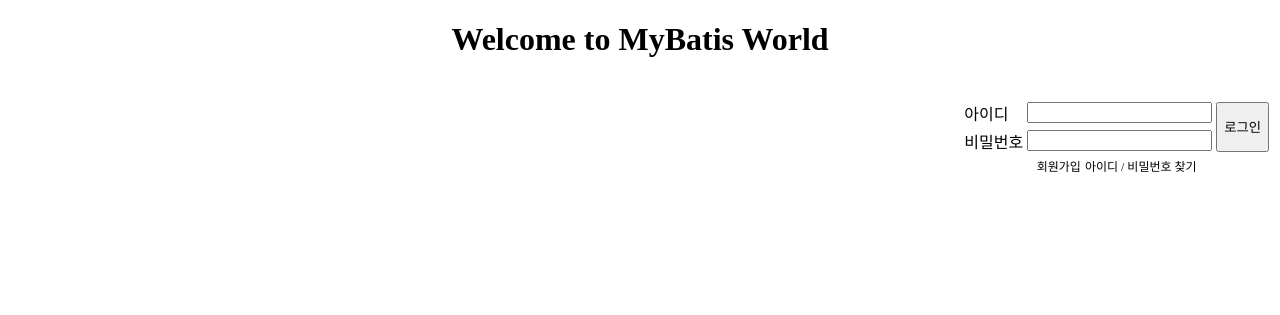
Repository: kimalbab/07_mybatis
Page: http://localhost/mybatisProject/
An editor plug-in stored every save of this project. The page is shown before and after the next save, followed by the edit.
The browser window is 1280 px wide. The pictures show the whole page.
The page is served by Tomcat 9.

Above is the page before, as saved 2022-08-12 06:03:36.

After the next save:
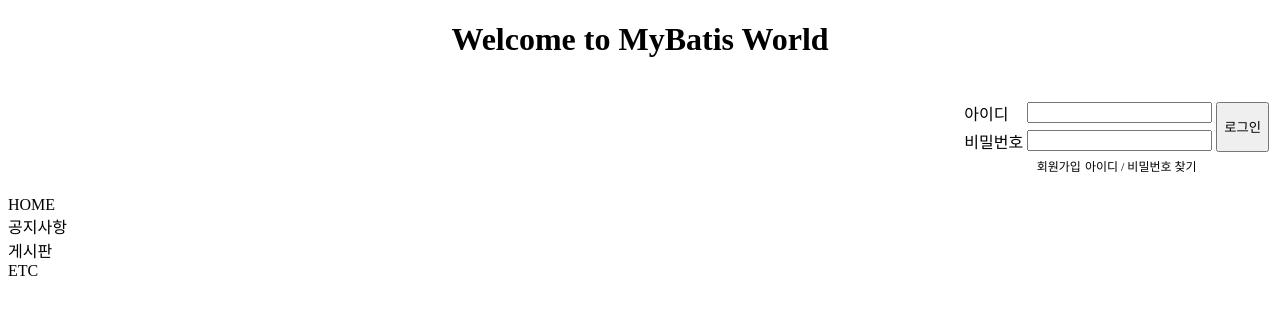
Saved 33 s later.
--- a/mybatisProject/src/main/webapp/WEB-INF/views/common/menubar.jsp
+++ b/mybatisProject/src/main/webapp/WEB-INF/views/common/menubar.jsp
@@ -61,10 +61,10 @@
 	</div>
 	<br>
 	<div class="nav-area">
-		<div class="menu"></div>
-		<div class="menu"></div>
-		<div class="menu"></div>
-		<div class="menu"></div>
+		<div class="menu">HOME</div>
+		<div class="menu">공지사항</div>
+		<div class="menu">게시판</div>
+		<div class="menu">ETC</div>
 	</div>
 
 </body>
